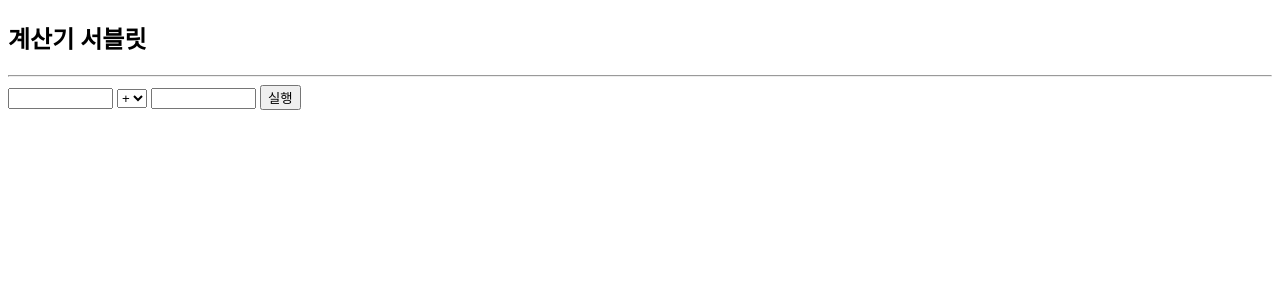
Repository: kiyongee2/kh-jsp
Page: jwbook/src/main/webapp/calculator/calcForm.html
These files come from the project's save history. The page is drawn as it stood at one moment and after the next save; the edit follows.
The browser window is 1280 px wide. The pictures show the whole page.

Above is the page before, as saved 2023-11-18 12:41:49.

After the next save:
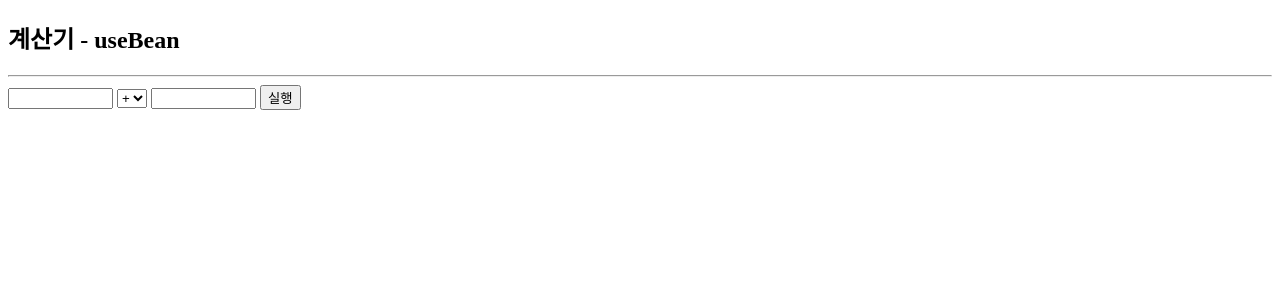
Saved 2 s later.
--- a/jwbook/src/main/webapp/calculator/calcForm.html
+++ b/jwbook/src/main/webapp/calculator/calcForm.html
@@ -5,9 +5,9 @@
 <title>Simple Calculator</title>
 </head>
 <body>
-	<h2>계산기 서블릿</h2>
+	<h2>계산기 - useBean</h2>
 	<hr>
-	<form method="post" action="/jwbook/calc">
+	<form action="calc.jsp" method="post">
 		<input type="text" name="n1" size="10">
 		<select name="op">
 			<option>+</option>
